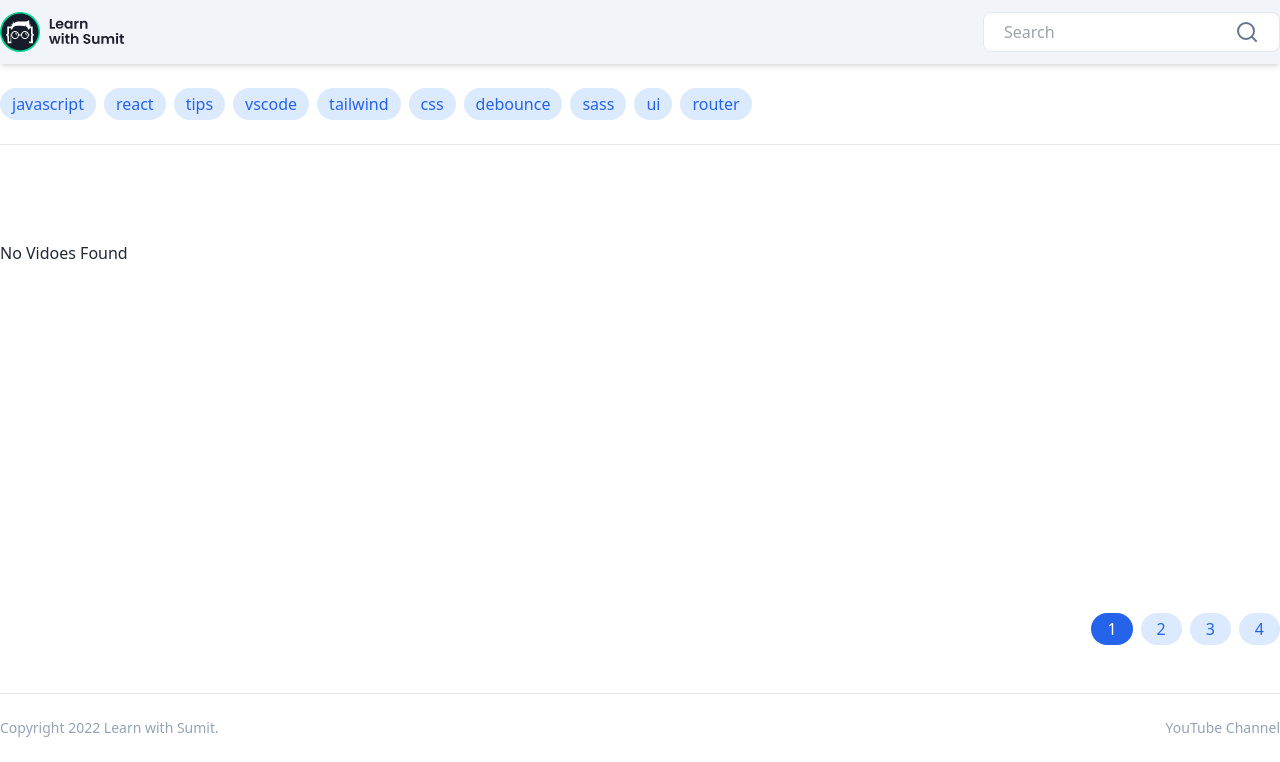
Repository: Tanvir3744/Redux-video-application
Page: /
The author's editor kept a copy of each file at every save. The page is drawn from the files as they stood at one save, then again after the next save.
The browser window is 1280 px wide. The pictures show the whole page.
Some web libraries are served in a nearby version. The project was rebuilt for these pictures with package versions that can differ from the ones it lists, and the page was loaded fresh each time. Requests to the local data server were answered from the project's data file. Also part of the build but not shown: src/component/Loading/Loading.js, src/component/VidoeGrid/SingleVideo.js, src/component/Player/Player.js, src/component/Like/LIke.js, src/component/VideoDescription/VidoeDescription.js, src/component/VideoList/RelatedSingleVideo.js, src/component/VideoList/RelatedVideo.js, src/Pages/Videos.js.

Above is the page before, as saved 2022-10-30 23:42:26.

### public/index.html
<!DOCTYPE html>
<html lang="en">
  <head>
    <meta charset="utf-8" />
    <link rel="icon" href="%PUBLIC_URL%/lws.svg" />
    <meta name="viewport" content="width=device-width, initial-scale=1" />
    <meta name="theme-color" content="#000000" />
    <!-- tailwind css link -->
    <script src="https://cdn.tailwindcss.com"></script>
    <meta
      name="description"
      content="Web site created using create-react-app"
    />
    <link rel="apple-touch-icon" href="%PUBLIC_URL%/lws.svg" />
    <!--
      manifest.json provides metadata used when your web app is installed on a
      user's mobile device or desktop. See https://developers.google.com/web/fundamentals/web-app-manifest/
    -->
    <link rel="manifest" href="%PUBLIC_URL%/manifest.json" />
    <title>Tanvir's Video Application</title>
  </head>
  <body>
    <noscript>You need to enable JavaScript to run this app.</noscript>
    <div id="root"></div>
  </body>
</html>

### src/app/store.js
import { configureStore } from '@reduxjs/toolkit';
import videosReducer from '../features/videos/videosSlice';
import tagsReducer from '../features/tags/tagsSlice'
import videoReducer from '../features/video/video_slice';
import relatedVideosReducer from '../features/relatedVideos/relatedVideosSliece'
import filterReducer from "../features/filter/filterSlice"
export const store = configureStore({
  reducer: {
    videos: videosReducer,
    tags: tagsReducer,
    video: videoReducer,
    relatedVideos: relatedVideosReducer,
    filter : filterReducer,
  },
});

### src/App.js
import React from 'react';
import './App.css';
import Home from './Pages/Home';
import Videos from './Pages/Videos';
import { BrowserRouter } from 'react-router-dom'
import { Routes, Route } from 'react-router-dom'
import Header from './component/Header/Header';
import Footer from './component/Footer/Footer';
function App() {
  return (
    <BrowserRouter>

      {/* this is header component  */}
      <Header />

      {/* routing is begin from here */}
      <Routes>
        <Route path='/' element={<Home />} />
        <Route path='/videos/:videoId' element={<Videos />} />
      </Routes>

      {/* footer */}
      <Footer />
    </BrowserRouter>

  );
}

export default App;

### src/features/videos/videosSlice.js
import { createAsyncThunk, createSlice } from "@reduxjs/toolkit"
import { getVideos } from "./videosApi"

//initializing the state
const initialState = {
    videos: [],
    loading: false,
    isError: false,
    error :''
}

// async thunk
export const fetchVidoesAsync = createAsyncThunk('vidoes/fetchVidoes', async() => {
    const videos = await getVideos();
    return videos;
})

//creating slice
const vidoesSlice = createSlice({
    name: 'vidoes',
    initialState,
    extraReducers: (builder) => {
        builder.addCase(fetchVidoesAsync.pending, (state) => {
            state.loading = true;
            state.isError = false;
        })

        builder.addCase(fetchVidoesAsync.fulfilled, (state, action) => {
            state.loading = false;
            state.videos = action.payload;
        })

        builder.addCase(fetchVidoesAsync.rejected, (state, action) => {
            state.loading = false;
            state.isError = true;
            state.error = action.error?.message;
            state.vidoes = [];
        })
    }
});

export default vidoesSlice.reducer;

### src/features/tags/tagsSlice.js
import { createAsyncThunk, createSlice } from "@reduxjs/toolkit"
import {getTags} from "./tagsApi";

const initialState = {
    tags: [],
    isError: false,
    error: '',
    loading:false
}

//creating thunk function
export const fetchTags = createAsyncThunk('tags/fetchTags', async() => {
    const tags = await getTags();
    return tags;
});

const tagsSlice = createSlice({
    name: 'tags',
    initialState,
    extraReducers: (builder) => {
        builder.addCase(fetchTags.pending, (state) => {
            state.loading = false;
            state.isError = false;
        })

        builder.addCase(fetchTags.fulfilled, (state, action) => {
            state.tags = action.payload;
            state.loading = false;
        })

        builder.addCase(fetchTags.rejected, (state, action) => {
            state.error = action.error?.message;
            state.tags = [];
            state.isError = true;
            state.loading = true;
        })
    }
});

export default tagsSlice.reducer;

### src/features/video/video_slice.js
import { createAsyncThunk, createSlice } from "@reduxjs/toolkit"
import { getVideo } from "./videoApi"

//initializing the state
const initialState = {
    video: {}, //while we are going to push a single video into the state we should put it an object instance...
    loading: false,
    isError: false,
    error :''
}

// async thunk
export const fetchVideo = createAsyncThunk('vidoes/fetchVideo', async(id) => {
    const videos = await getVideo(id);
    return videos;
})

//creating slice
const videoSlice = createSlice({
    name: 'video',
    initialState,
    extraReducers: (builder) => {
        builder.addCase(fetchVideo.pending, (state) => {
            state.loading = true;
            state.isError = false;
        })

        builder.addCase(fetchVideo.fulfilled, (state, action) => {
            state.loading = false;
            state.video= action.payload;
        })

        builder.addCase(fetchVideo.rejected, (state, action) => {
            state.loading = false;
            state.isError = true;
            state.error = action.error?.message;
            state.video = [];
        })
    }
});

export default videoSlice.reducer;

### src/features/relatedVideos/relatedVideosSliece.js
import { createAsyncThunk, createSlice } from "@reduxjs/toolkit"
import { getRelatedVideo } from "./relatedVideosApi"

//initializing the state
const initialState = {
    relatedVideos: [],
    loading: false,
    isError: false,
    error :''
}

// async thunk
export const fetchRelatedVideos = createAsyncThunk('relatedVideos/fetchRelatedVideos', async({tags, id}) => {
    const relatedVideos = await getRelatedVideo({tags, id});
    return relatedVideos;
})

//creating slice
const relatedVideosSlice = createSlice({
    name: 'relatedVideos',
    initialState,
    extraReducers: (builder) => {
        builder.addCase(fetchRelatedVideos.pending, (state) => {
            state.loading = false;
            state.isError = false;
        })

        builder.addCase(fetchRelatedVideos.fulfilled, (state, action) => {
            state.loading = false;
            state.relatedVideos = action.payload;
        })

        builder.addCase(fetchRelatedVideos.rejected, (state, action) => {
            state.loading = false;
            state.isError = true;
            state.error = action.error?.message;
            state.relatedVideos = [];
        })
    }
});

export default relatedVideosSlice.reducer;

### src/features/filter/filterSlice.js
import { createSlice } from "@reduxjs/toolkit"

//initializing the state
const initialState = {
    tags: [],
    searchTxt: '',
}


//creating slice
const filterSlice = createSlice({
    name: 'video',
    initialState,
    reducers: {
        tagSelected: (state, action) => {
            state.tags.push(action.payload)
        },

        tagRemoved: (state, action) => {
            const indexToRemove = state.tags.indexOf(action.payload);
            if (indexToRemove !== -1) {
                state.tags.splice(indexToRemove, 1)
            }
        },

        searched: (state, action) => {
            state.search= action.payload;
        }
    }
});

export default filterSlice.reducer;
export const { tagSelected, tagRemoved, searched} = filterSlice.actions;

### src/Pages/Home.js
import React from 'react';
import Pagination from '../component/Pagination/Pagination';
import Tags from '../component/Tags/Tags';
import VideoGrid from '../component/VidoeGrid/VideoGrid';

const Home = () => {
    return (
        <div>

            <Tags />
            <VideoGrid />
            <Pagination />

        </div>
    );
};

export default Home;

### src/component/Header/Header.js
import React from 'react';
import Search from '../Search/Search'
import {Link} from 'react-router-dom'
import Logo from '../../assets/lws.svg'
const Header = () => {
    return (
        <div>
            <nav className="bg-slate-100 shadow-md">
                <div className="max-w-7xl mx-auto px-5 lg:px-0 flex justify-between py-3">
                    <Link to="/">
                        <img
                            className="h-10"
                            src={Logo}
                            alt="Learn with Sumit"
                        />
                    </Link>
                    <div className="border border-slate-200 flex items-center bg-white h-10 px-5 rounded-lg text-sm ring-emerald-200">
                        <Search/>
                    </div>
                </div>
            </nav>
        </div>
    );
};

export default Header;

### src/component/Footer/Footer.js
import React from 'react';

const Footer = () => {
    return (
        <div>
              <section className="pt-6">
            <div
                className="max-w-7xl mx-auto px-5 py-6 lg:px-0 flex justify-between gap-2 border-t text-sm text-slate-400"
            >
                <div>Copyright 2022 Learn with Sumit.</div>
                <div>
                    <a
                        href="https://youtube.com/learnwithsumit"
                        target="_blank"
                        rel="noreferrer"
                    >
                        YouTube Channel
                    </a>
                </div>
            </div>
        </section>
        </div>
    );
};

export default Footer;

### src/features/videos/videosApi.js
import axios from '../../utils/axios';
//sample url filtering
//http://localhost:9000/videos?tags_like=javascript&q=react
export const getVideos = async (tags, search) => {
    let queryString = '';
    if (tags?.length > 0) {
        queryString += tags.map(tag => `tags_like${tag}`).join('&')
    }

    if (search !== '') {
        queryString += `&q=${ search }`;
    }
    const response = await axios.get(`/videos/?${queryString}`)
    return response.data;
}

### src/features/tags/tagsApi.js
import axios from '../../utils/axios.js';

export const getTags = async () => {
    const res = await axios.get('/tags')
    return res.data;
}

### src/features/video/videoApi.js
import axios from '../../utils/axios'

export const getVideo = async (id) => {
    const response = await axios.get(`/videos/${ id }`)
    return response.data;
}

### src/features/relatedVideos/relatedVideosApi.js
import axios from '../../utils/axios'
//?tags_like=javascript&id_ne=1&_limit=4 --- query sting sample
export const getRelatedVideo = async ({ tags, id }) => {
  const limit = 5;
  let queryString = tags?.length > 0
    ? tags.map((tag) => `tags_like=${ tag }`).join("&") +
    `&id_ne=${ id }&_limit=${ limit }`
    : `id_ne=${ id }&_limit=${ limit }`;
  console.log(queryString);
  const response = await axios.get(`/videos?${ queryString }`)
  return response.data;
}

### src/component/Pagination/Pagination.js

import React from 'react';

const Pagination = () => {
    return (
        <div>
             <section className="pt-12">
            <div
                className="max-w-7xl mx-auto px-5 py-6 lg:px-0 flex gap-2 justify-end"
            >
                <div className="bg-blue-600 text-white px-4 py-1 rounded-full">
                    1
                </div>
                <div className="bg-blue-100 text-blue-600 px-4 py-1 rounded-full">
                    2
                </div>
                <div className="bg-blue-100 text-blue-600 px-4 py-1 rounded-full">
                    3
                </div>
                <div className="bg-blue-100 text-blue-600 px-4 py-1 rounded-full">
                    4
                </div>
            </div>
        </section>

        </div>
    );
};

export default Pagination;

### src/component/Tags/Tags.js
import React, { useEffect } from 'react';
import { useDispatch, useSelector } from 'react-redux';
import { fetchTags } from '../../features/tags/tagsSlice.js';
import Loading from '../Loading/Loading.js';
import Tag from './Tag.js'
const Tags = () => {
    const { isError, error, tags, loading } = useSelector(state => state.tags)
    const dispatch = useDispatch();
    useEffect(() => {
        dispatch(fetchTags())
    }, [dispatch])

    //handling errors if any errors occured for netowrk issue showing them into ui
    let tagContent;
    if (loading) { tagContent = <Loading /> }
    if (!loading && isError) { tagContent = <div className="col-span-12">{error}</div> }
    if (!loading && !isError && tags.length === 0) { tagContent = <div className="col-span-12"><srong>Nothing Is Found For Filtering</srong></div> }
    if (!loading && !isError && tags.length > 0) {
        tagContent = tags.map((singleTag) => <Tag key={singleTag.id} singleTag={singleTag} />)
    }
    return (
        <div class="max-w-7xl mx-auto px-5 py-6 lg:px-0 flex gap-2 border-b overflow-y-auto">
            { tagContent }
        </div >
    );
};

export default Tags;

### src/component/VidoeGrid/VideoGrid.js
import React from 'react';
import { useDispatch, useSelector } from 'react-redux';
import SingleVideo from './SingleVideo';
import { useEffect } from 'react';
import { fetchVidoesAsync } from '../../features/videos/videosSlice';
import Loading from '../Loading/Loading';

const VideoGrid = () => {
    const { videos, isError, isLoading, error } = useSelector(state => state.videos);
    const dispatch = useDispatch()

    //handle side effect
    useEffect(() => {
       dispatch(fetchVidoesAsync())
    }, [dispatch])

    //handle errors and showing errors if occured in the ui
    let content;
    if (isLoading){ content = <Loading />;}
    if (!isLoading && isError) {content = <div className="col-span-12">{error}</div>}
    if (!isError && !isLoading && videos?.length === 0) { content = <div className="col-span-12"><srong>No Vidoes Found</srong></div> }
    if (!isError && !isLoading && videos?.length > 0) {
        content = videos.map(video => <SingleVideo key={video.id} video={video} />)
    }


    return (
        <div>
            <section className="pt-12">
                <section className="pt-12">
                    <div
                        className="grid grid-cols-12 gap-4 max-w-7xl mx-auto px-5 lg:px-0 min-h-[300px]"
                    >
                        {content}
                    </div>
                </section>
            </section>
        </div>
    );
};

export default VideoGrid;

### src/component/Search/Search.js
import React, { useState } from 'react';
import { useDispatch, useSelector } from 'react-redux';
import SearchImg from '../../assets/search.svg'
import {searched} from '../../features/filter/filterSlice'
const Search = () => {
    const {search} = useSelector(state => state.filter)
    const [input, setInput] = useState(search)
    const dispatch = useDispatch();
    const handleSubmit = (e) => {
        e.preventDefault();
        dispatch(searched(input))
    }
    return (
        <div className='flex align-middle'>
            <form className='active:border-none' onSubmit={handleSubmit} >
                <input type="text" onChange={(e) => setInput(e.target.value)} placeholder='Search' className='border-none outline-none text-base font-sans text-slate-500'/>
            </form>
            <img
                classNanme="inline h-4 cursor-pointer"
                src={SearchImg}
                alt="Search"
            />
        </div>
    );
};

export default Search;

### src/utils/axios.js
import axios from "axios";

//created axios instance to make it reusuable...
const axiosInstance = axios.create({
    baseURL: 'http://localhost:9000',
})

export default axiosInstance;

### src/component/Tags/Tag.js
import React from 'react';
import { useDispatch, useSelector } from 'react-redux';
import { tagSelected, tagRemoved } from '../../features/filter/filterSlice'
const Tag = (props) => {
    const dispatch = useDispatch();
    const { tags: selectedTags } = useSelector(state => state.filter)
    const isSelected = selectedTags.includes(props.singleTag.title)  //target the tags which we want to make selected;

    //dynamic class to visulize the effect when we select tags with colors
    const style = isSelected ?
        "bg-blue-600 text-blue-600 px-3 py-1 rounded-full cursor-pointer text-slate-100"
        : "bg-blue-100 text-blue-600 px-3 py-1 rounded-full cursor-pointer";



    //select or remove tag functionality
    const handleSelect = () => {
        if (isSelected) {
            dispatch(tagRemoved(props.singleTag.title))
            console.log('removed')
        } else {
            dispatch(tagSelected(props.singleTag.title))
            console.log('selected')
        }
    }
    return (
        <div class={style} onClick={handleSelect}>
            {props.singleTag.title}
        </div>
    );
};

export default Tag;

### tailwind.config.js
/** @type {import('tailwindcss').Config} */
module.exports = {
  content: ["./src/**/*.{html,js}"],
  theme: {
    extend: {},
  },
  plugins: [require('daisyui')],
  daisyui: {
    styled: true,
    themes: true,
    base: true,
    utils: true,
    logs: true,
    rtl: false,
    prefix: "",
    darkTheme: "cupcake",
  },
}

Loaded but not shown: src/index.js (common file); src/reportWebVitals.js (common file); src/App.css (common file); server/db_videos.json (common file)

After the next save:
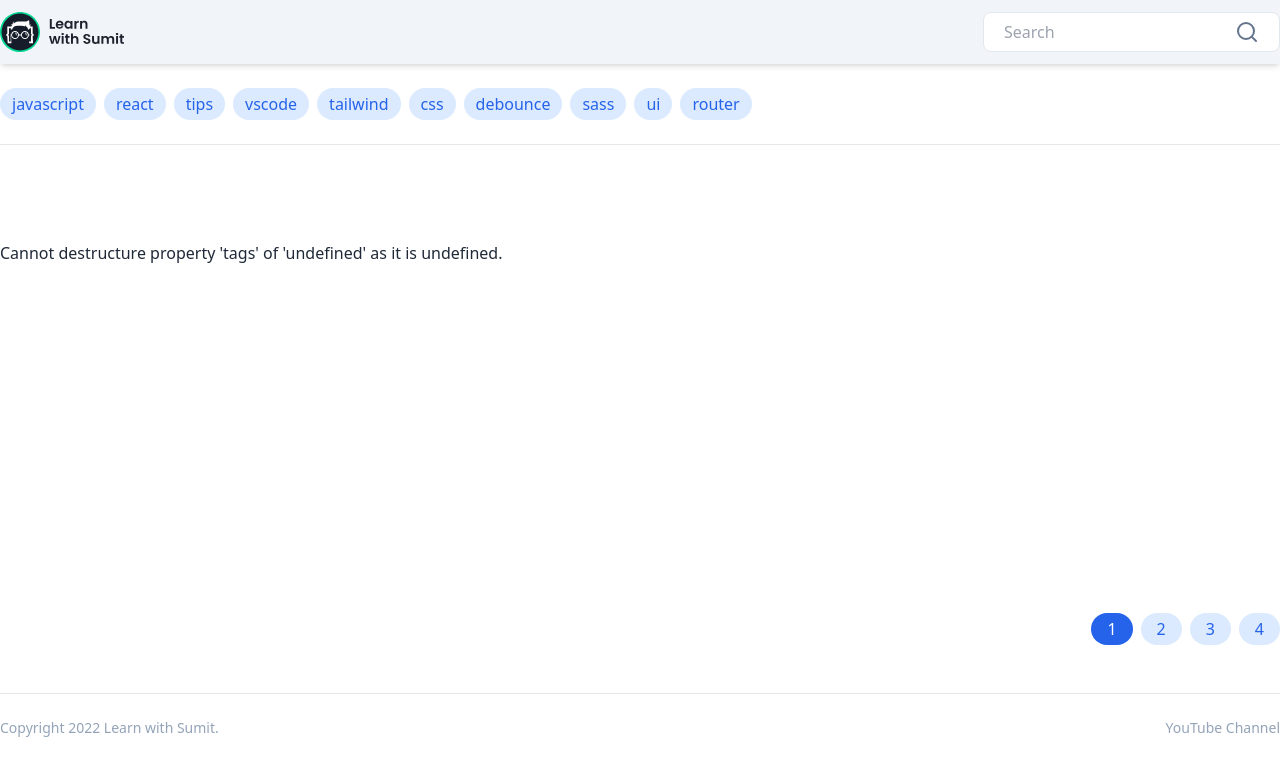
Saved 82 s later.
--- a/src/features/videos/videosSlice.js
+++ b/src/features/videos/videosSlice.js
@@ -10,7 +10,7 @@
 }
 
 // async thunk
-export const fetchVidoesAsync = createAsyncThunk('vidoes/fetchVidoes', async() => {
+export const fetchVidoesAsync = createAsyncThunk('vidoes/fetchVidoes', async({tags, search}) => { //whenever we want to send something from our api's we can't send more than one parameter
     const videos = await getVideos();
     return videos;
 })

After the 3 saves that followed:
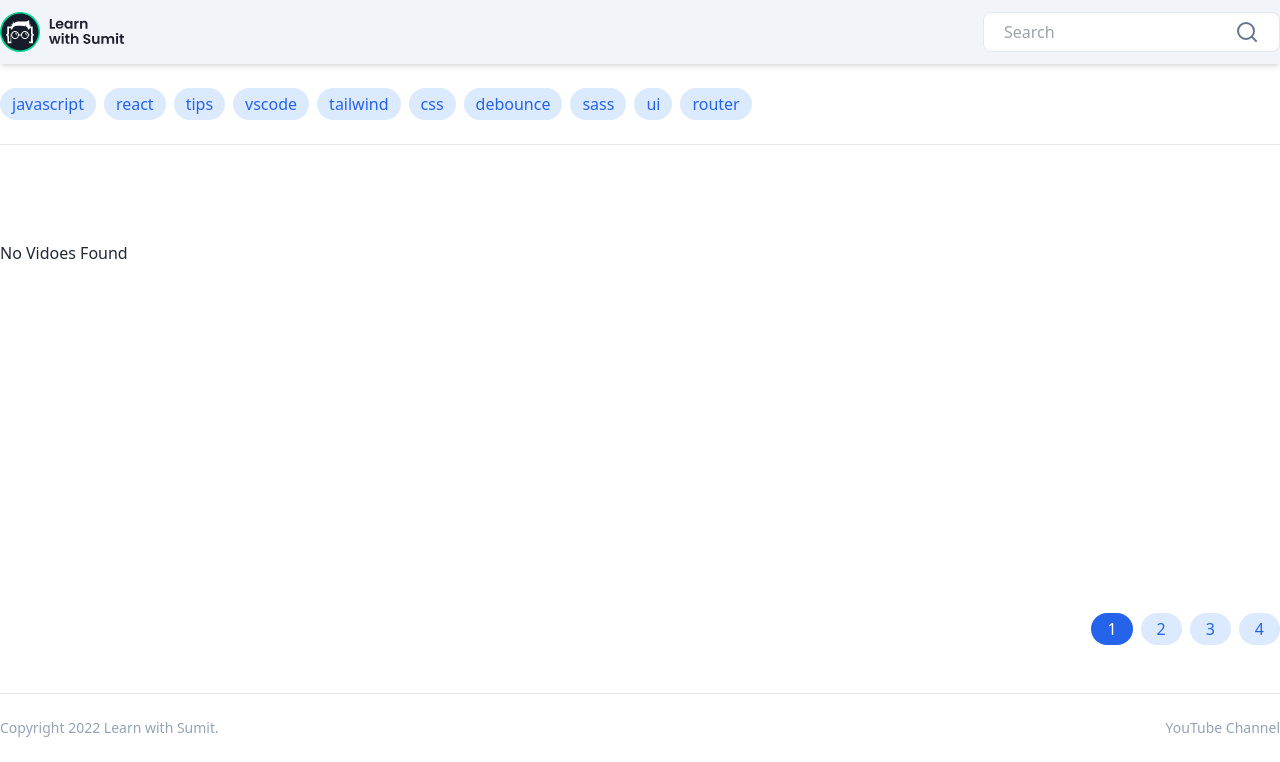
The 3 saves are shown as one change because 2 left the picture as it was.
The last was saved 118 s later.
--- a/src/features/videos/videosSlice.js
+++ b/src/features/videos/videosSlice.js
@@ -11,7 +11,7 @@
 
 // async thunk
 export const fetchVidoesAsync = createAsyncThunk('vidoes/fetchVidoes', async({tags, search}) => { //whenever we want to send something from our api's we can't send more than one parameter
-    const videos = await getVideos();
+    const videos = await getVideos({tags, search});
     return videos;
 })
 
--- a/src/component/VidoeGrid/VideoGrid.js
+++ b/src/component/VidoeGrid/VideoGrid.js
@@ -8,11 +8,12 @@ import Loading from '../Loading/Loading';
 const VideoGrid = () => {
     const { videos, isError, isLoading, error } = useSelector(state => state.videos);
     const dispatch = useDispatch()
+    const {tags, search} = useSelector(state => state.filter)
 
     //handle side effect
     useEffect(() => {
-       dispatch(fetchVidoesAsync())
-    }, [dispatch])
+       dispatch(fetchVidoesAsync({tags, search}))
+    }, [dispatch, tags,search])
 
     //handle errors and showing errors if occured in the ui
     let content;
